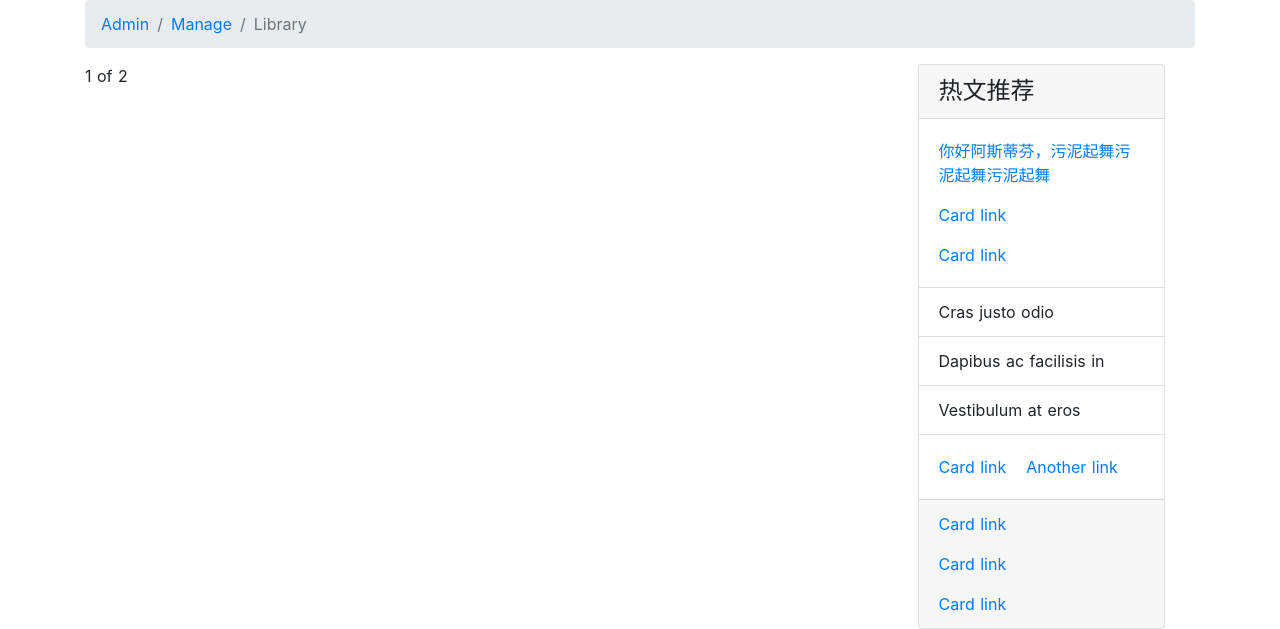
Repository: MTTTM/nuxt-xiaomatata
Page: /
These files come from the project's save history. The page is drawn as it stood at one moment and after the next save; the edit follows.
The browser window is 1280 px wide. The pictures show the part of the page from y = 600 to 1229 px (the page is 1229 px tall).
The project was rebuilt for these pictures with package versions that can differ from the ones it lists, and the page was loaded fresh each time. The framework's server and built-in components were replaced by stand-ins that run in the browser. Also part of the build but not shown: nuxt.config.js, components/Logo.vue, components/aboutMe.vue, components/articleListItem.vue, components/bloggerRanking.vue, components/carouselBox.vue, components/classifyList.vue, components/commentBox.vue and 7 more. Imported but missing from the stored project, and not drawn on this page: components/cmSpinner, mixins/scrollLoad.

Above is the page before, as saved 2021-04-10 12:00:08.

### assets/style/comm.scss
body{
  .container{
    min-height: auto;
    justify-content: start;
    text-align: left;
  }
}

### components/breadCrumb.vue
<template>
  <b-breadcrumb :items="items"></b-breadcrumb>
</template>

<script>
export default {
  data() {
    return {
      items: [
        {
          text: "Admin",
          href: "#",
        },
        {
          text: "Manage",
          href: "#",
        },
        {
          text: "Library",
          active: true,
        },
      ],
    };
  },
};
</script>

### components/navBar.vue
<template>
  <div class="nav-bar">
    <b-navbar toggleable="lg" type="dark" variant="info" fixed="top">
      <b-navbar-brand href="#"> 塔塔 </b-navbar-brand>

      <b-navbar-toggle target="nav-collapse" />

      <b-collapse id="nav-collapse" is-nav>
        <b-navbar-nav>
          <b-nav-item href="#"> Link </b-nav-item>
          <b-nav-item href="#" disabled> Disabled </b-nav-item>
          <b-nav-item-dropdown text="Lang" right>
            <b-dropdown-item href="#"> EN </b-dropdown-item>
            <b-dropdown-item href="#"> ES </b-dropdown-item>
            <b-dropdown-item href="#"> RU </b-dropdown-item>
            <b-dropdown-item href="#"> FA </b-dropdown-item>
          </b-nav-item-dropdown>
        </b-navbar-nav>

        <!-- Right aligned nav items -->
        <b-navbar-nav class="ml-auto">
          <b-nav-form>
            <b-form-input size="sm" class="mr-sm-2" placeholder="Search" />

            <b-button size="sm" class="my-2 my-sm-0" type="submit">
              Search
            </b-button>
          </b-nav-form>

          <b-nav-item-dropdown right>
            <!-- Using 'button-content' slot -->
            <template #button-content>
              <b-avatar
                variant="info"
                src="https://placekitten.com/300/300"
              ></b-avatar>
              <em>User</em>
            </template>

            <b-dropdown-item href="#"> Profile </b-dropdown-item>
            <b-dropdown-item href="#"> Sign Out </b-dropdown-item>
          </b-nav-item-dropdown>
        </b-navbar-nav>
      </b-collapse>
    </b-navbar>
  </div>
</template>
<script>
export default {};
</script>
<style lang="scss">
* {
  margin: 0;
  padding: 0;
}
</style>

### layouts/default.vue
<template>
  <div>
    <navBar />
    <Nuxt />
  </div>
</template>
<script>
import navBar from "../components/navBar";
export default {
  components: { navBar }
};
</script>
<style>
html {
  font-size: 16px;
  word-spacing: 1px;
  -ms-text-size-adjust: 100%;
  -webkit-text-size-adjust: 100%;
  -moz-osx-font-smoothing: grayscale;
  -webkit-font-smoothing: antialiased;
  box-sizing: border-box;
}
</style>

### pages/index.vue
<template>
  <div>
    <b-carousel
      id="carousel-1"
      v-model="slide"
      :interval="4000"
      controls
      indicators
      background="#ababab"
      img-width="1024"
      img-height="480"
      style="text-shadow: 1px 1px 2px #333"
      @sliding-start="onSlideStart"
      @sliding-end="onSlideEnd"
    >
      <!-- Text slides with image -->
      <b-carousel-slide
        caption="First slide"
        text="Nulla vitae elit libero, a pharetra augue mollis interdum."
        img-src="https://picsum.photos/1024/480/?image=52"
      ></b-carousel-slide>

      <!-- Slides with custom text -->
      <b-carousel-slide img-src="https://picsum.photos/1024/480/?image=54">
        <h1>Hello world!</h1>
      </b-carousel-slide>

      <!-- Slides with image only -->
      <b-carousel-slide
        img-src="https://picsum.photos/1024/480/?image=58"
      ></b-carousel-slide>

      <!-- Slides with img slot -->
      <!-- Note the classes .d-block and .img-fluid to prevent browser default image alignment -->
      <b-carousel-slide>
        <template #img>
          <img
            class="d-block img-fluid w-100"
            width="1024"
            height="480"
            src="https://picsum.photos/1024/480/?image=55"
            alt="image slot"
          />
        </template>
      </b-carousel-slide>

      <!-- Slide with blank fluid image to maintain slide aspect ratio -->
      <b-carousel-slide caption="Blank Image" img-blank img-alt="Blank image">
        <p>
          Lorem ipsum dolor sit amet, consectetur adipiscing elit. Suspendisse
          eros felis, tincidunt a tincidunt eget, convallis vel est. Ut
          pellentesque ut lacus vel interdum.
        </p>
      </b-carousel-slide>
    </b-carousel>

    <b-container>
      <breadCrumb class="w-100" />
    </b-container>
    <b-container>
      <b-row class="w-100">
        <b-col cols="9" md="9" sm="12">1 of 2</b-col>
        <b-col cols="3" md="3" sm="12">
          <b-card no-body style="max-width: 20rem">
            <template #header>
              <h4 class="mb-0">热文推荐</h4>
            </template>

            <b-card-body>
              <b-card-text>
                <a href="#" class="card-link"
                  >你好阿斯蒂芬，污泥起舞污泥起舞污泥起舞</a
                >
              </b-card-text>
              <b-card-text>
                <a href="#" class="card-link">Card link</a>
              </b-card-text>
              <b-card-text>
                <a href="#" class="card-link">Card link</a>
              </b-card-text>
            </b-card-body>

            <b-list-group flush>
              <b-list-group-item>Cras justo odio</b-list-group-item>
              <b-list-group-item>Dapibus ac facilisis in</b-list-group-item>
              <b-list-group-item>Vestibulum at eros</b-list-group-item>
            </b-list-group>

            <b-card-body>
              <a href="#" class="card-link">Card link</a>
              <a href="#" class="card-link">Another link</a>
            </b-card-body>

            <b-card-footer>
              <b-card-text>
                <a href="#" class="card-link">Card link</a>
              </b-card-text>
              <b-card-text>
                <a href="#" class="card-link">Card link</a>
              </b-card-text>
              <b-card-text>
                <a href="#" class="card-link">Card link</a>
              </b-card-text>
            </b-card-footer>
          </b-card>
        </b-col>
      </b-row>
    </b-container>
  </div>
</template>
<script>
import breadCrumb from "../components/breadCrumb";
export default {
  components: { breadCrumb },
};
</script>
<style>
.container {
  margin: 0 auto;
  min-height: 100vh;
  display: flex;
  justify-content: center;
  align-items: center;
  text-align: center;
}

.title {
  display: block;
  font-weight: 300;
  font-size: 100px;
  color: #35495e;
  letter-spacing: 1px;
}

.subtitle {
  font-weight: 300;
  font-size: 42px;
  color: #526488;
  word-spacing: 5px;
  padding-bottom: 15px;
}

.links {
  padding-top: 15px;
}
</style>

Loaded but not shown: store/system.js (no copy from this time; the picture is the same without it)

After the next save:
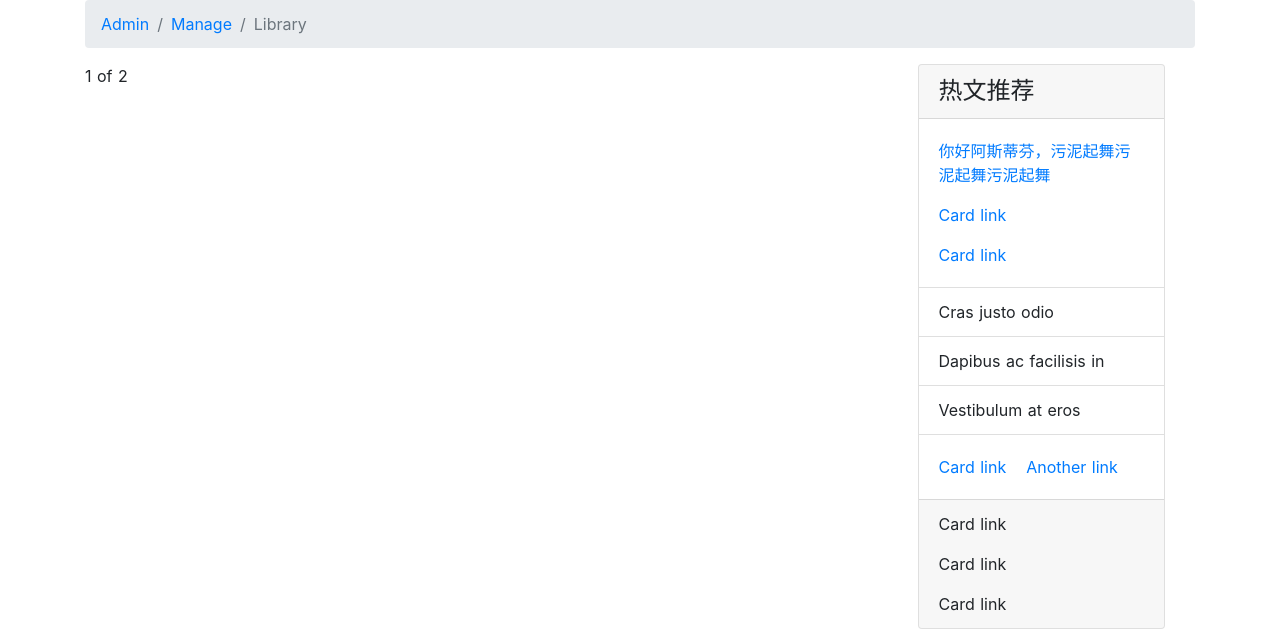
Saved 31 s later.
--- a/pages/index.vue
+++ b/pages/index.vue
@@ -93,13 +93,13 @@
 
             <b-card-footer>
               <b-card-text>
-                <a href="#" class="card-link">Card link</a>
+                <span class="card-link">Card link</span>
               </b-card-text>
               <b-card-text>
-                <a href="#" class="card-link">Card link</a>
+                <span class="card-link">Card link</span>
               </b-card-text>
               <b-card-text>
-                <a href="#" class="card-link">Card link</a>
+                <span class="card-link">Card link</span>
               </b-card-text>
             </b-card-footer>
           </b-card>
